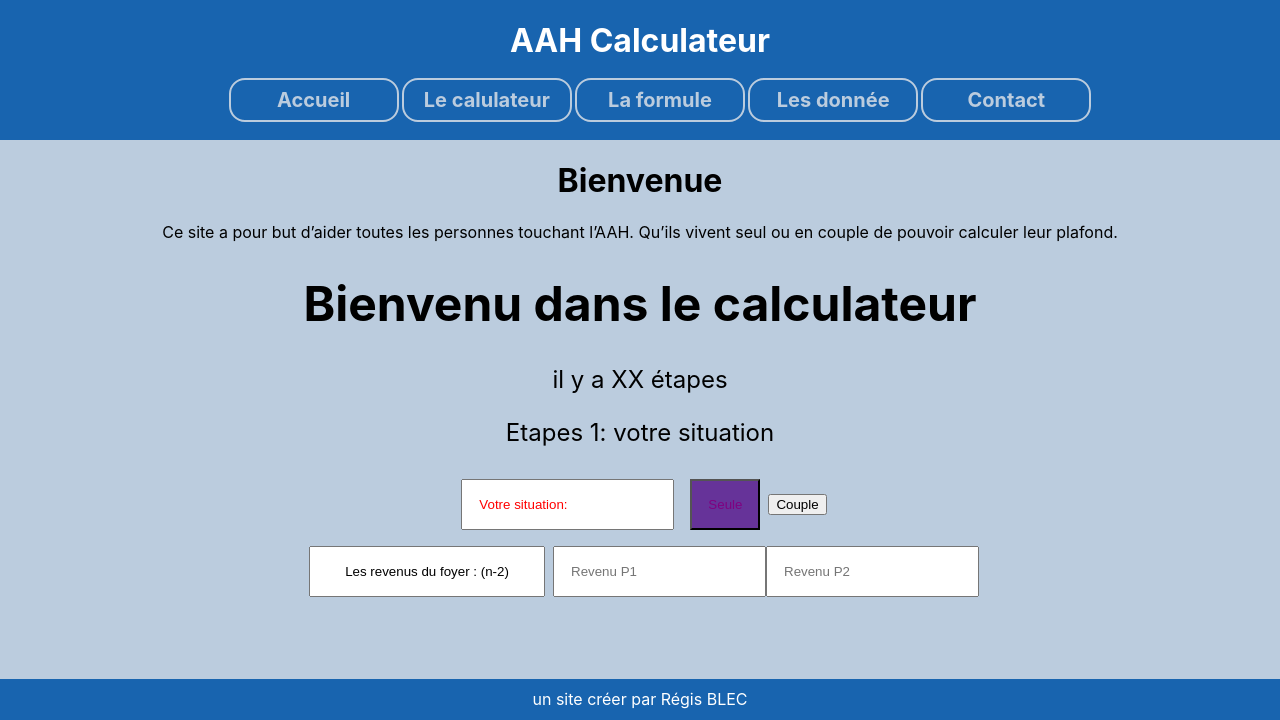
Repository: Cide74/calculateur-aah
Page: /
These files come from the project's save history. The page is drawn as it stood at one moment and after a run of saves; the edit follows.
The browser window is 1280 px wide. The pictures show the whole page.
The project was rebuilt for these pictures with package versions that can differ from the ones it lists, and the page was loaded fresh each time.

Above is the page before, as saved 2021-04-05 18:27:32.

After the next 4 saves:
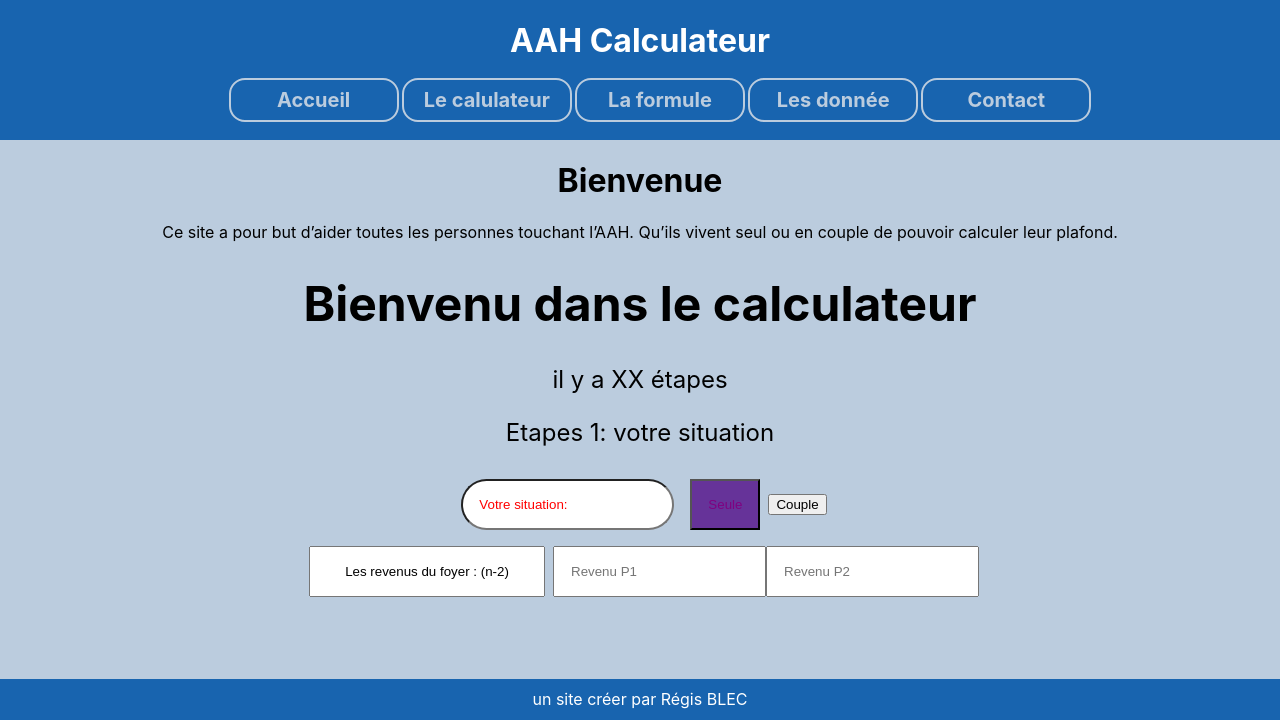
The 4 saves are shown as one change because they came seconds apart.
The last was saved 23 s later.
--- a/src/components/Calculator/Calculator.scss
+++ b/src/components/Calculator/Calculator.scss
@@ -8,6 +8,7 @@
             color:red;
             margin: 0.5rem;
             padding: 1rem;
+            border-radius: 2rem;
         }
         &-situation-seule {
             color:purple;
